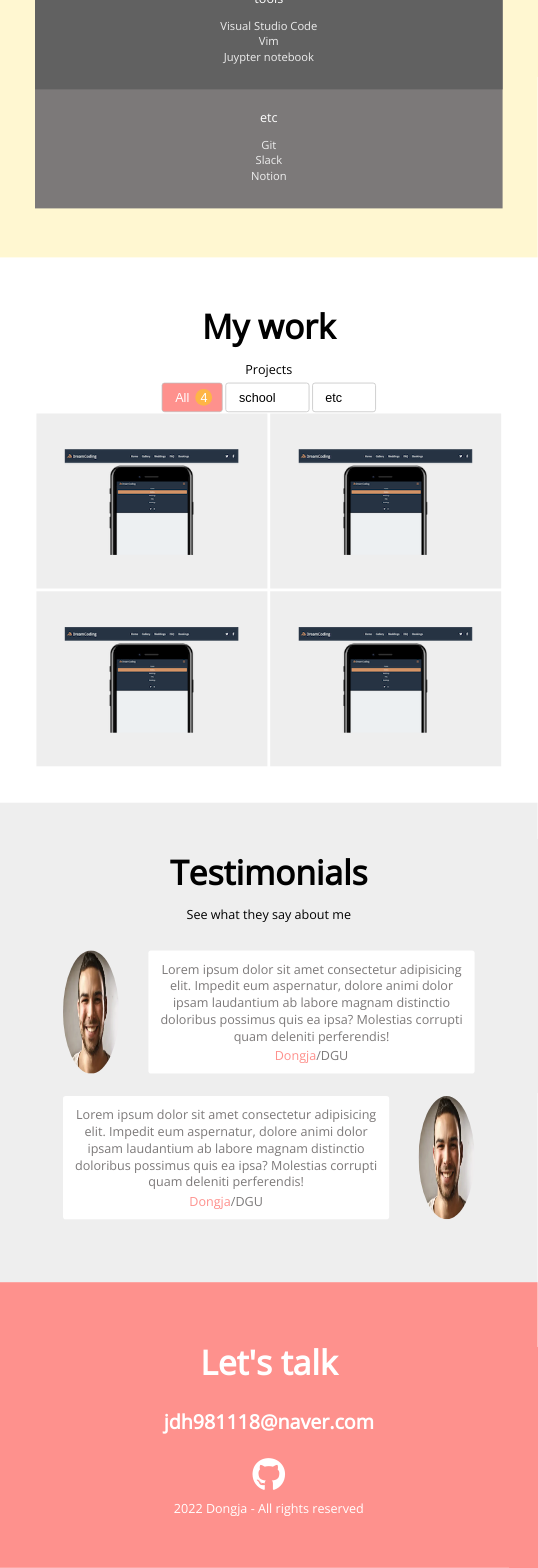
Repository: DongjaJ/portfolio
Page: index.html
An editor plug-in stored every save of this project. The page is shown before and after the next save, followed by the edit.
The browser window is 768 px wide. The pictures show the part of the page from y = 2794 to 5034 px (the page is 5034 px tall), at 70% of full size.
Some web libraries are served in a nearby version.

Above is the page before, as saved 2022-06-15 22:06:51.

After the next save:
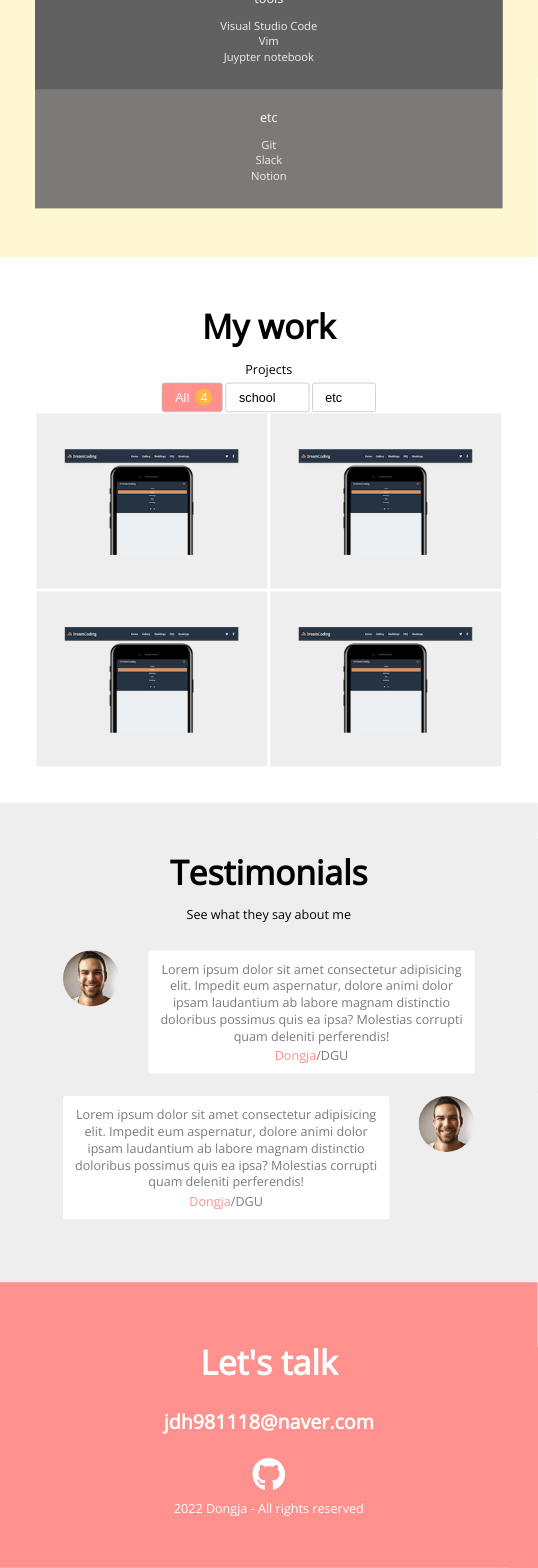
Saved 8 s later.
--- a/style.css
+++ b/style.css
@@ -479,5 +479,6 @@
 
 	.testimonial__avatar{
 		width: 80px;
-	}
-}
+		height: 80px;
+	}
+}
